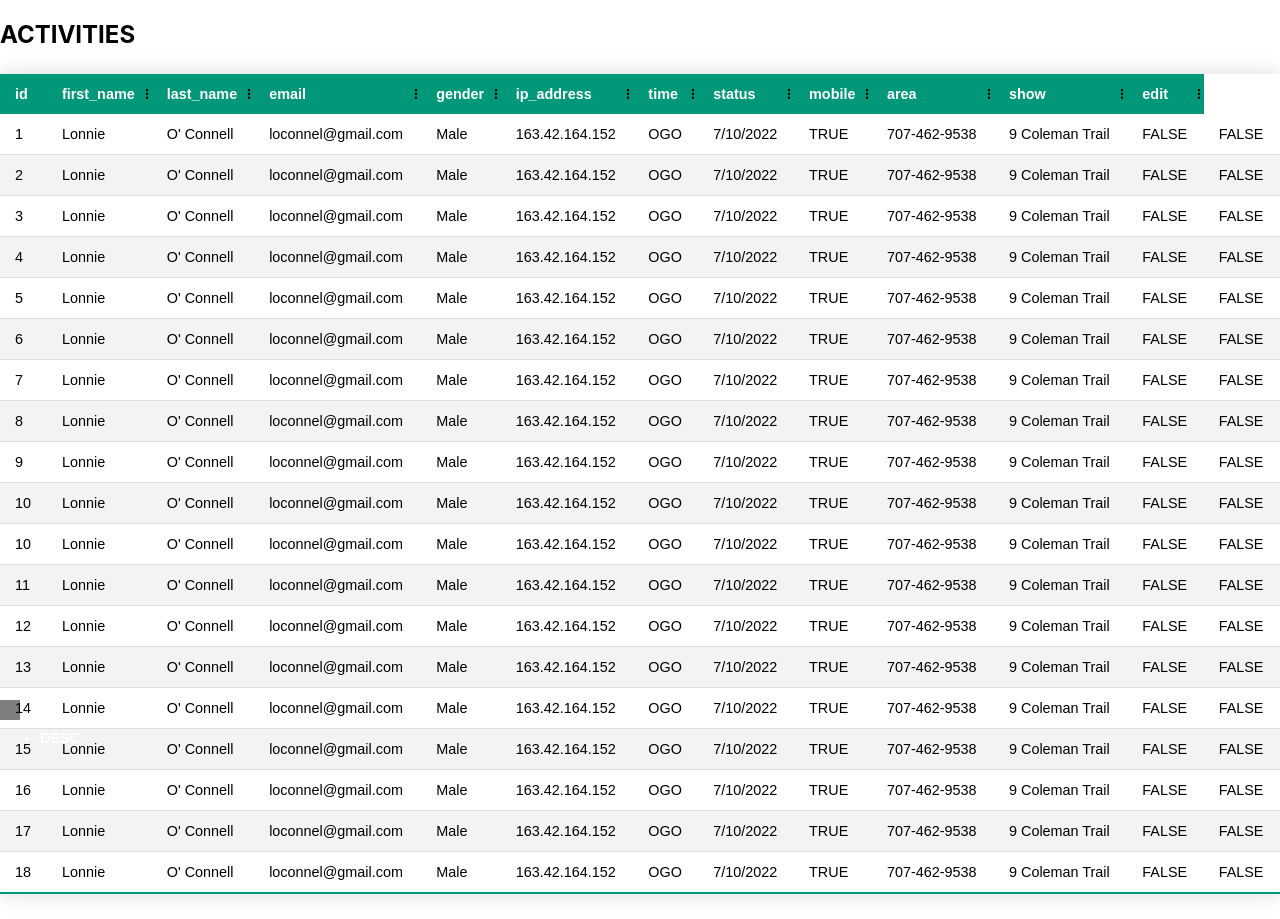
Repository: kartik077-cr7/Ckart
Page: /, after clicking the first element matching `img`
These files come from the project's save history. The page is drawn as it stood at one moment and after a run of saves; the edit follows.
The browser window is 1280 px wide. The pictures show the whole page.
The project was rebuilt for these pictures with package versions that can differ from the ones it lists, and the page was loaded fresh each time.

Above is the page before, as saved 2022-12-10 17:54:12.

### src/App.js
import Table from "./components/Table";
import './App.css';

const driversData = [
  {
    id: 1,
    first_name: "Lonnie",
		last_name: "O' Connell ",
		email: "loconnel@gmail.com",
		gender: "Male",
		ip_address: "163.42.164.152",
		airport_code:"OGO",
		time:"7/10/2022",
		status:"TRUE",
		mobile:"707-462-9538",
		area: "9 Coleman Trail",
		show: "FALSE",
		edit: "FALSE"
  },
  {
    id: 2,
    first_name: "Lonnie",
		last_name: "O' Connell ",
		email: "loconnel@gmail.com",
		gender: "Male",
		ip_address: "163.42.164.152",
		airport_code:"OGO",
		time:"7/10/2022",
		status:"TRUE",
		mobile:"707-462-9538",
		area: "9 Coleman Trail",
		show: "FALSE",
		edit: "FALSE"
  },
  {
    id: 3,
    first_name: "Lonnie",
		last_name: "O' Connell ",
		email: "loconnel@gmail.com",
		gender: "Male",
		ip_address: "163.42.164.152",
		airport_code:"OGO",
		time:"7/10/2022",
		status:"TRUE",
		mobile:"707-462-9538",
		area: "9 Coleman Trail",
		show: "FALSE",
		edit: "FALSE"
  },
  {
    id: 4,
    first_name: "Lonnie",
		last_name: "O' Connell ",
		email: "loconnel@gmail.com",
		gender: "Male",
		ip_address: "163.42.164.152",
		airport_code:"OGO",
		time:"7/10/2022",
		status:"TRUE",
		mobile:"707-462-9538",
		area: "9 Coleman Trail",
		show: "FALSE",
		edit: "FALSE"
  },
  {
    id: 5,
		first_name: "Lonnie",
		last_name: "O' Connell ",
		email: "loconnel@gmail.com",
		gender: "Male",
		ip_address: "163.42.164.152",
		airport_code:"OGO",
		time:"7/10/2022",
		status:"TRUE",
		mobile:"707-462-9538",
		area: "9 Coleman Trail",
		show: "FALSE",
		edit: "FALSE"
  },
  {
    id: 6,
		first_name: "Lonnie",
		last_name: "O' Connell ",
		email: "loconnel@gmail.com",
		gender: "Male",
		ip_address: "163.42.164.152",
		airport_code:"OGO",
		time:"7/10/2022",
		status:"TRUE",
		mobile:"707-462-9538",
		area: "9 Coleman Trail",
		show: "FALSE",
		edit: "FALSE"
  },
  {
    id: 7,
		first_name: "Lonnie",
		last_name: "O' Connell ",
		email: "loconnel@gmail.com",
		gender: "Male",
		ip_address: "163.42.164.152",
		airport_code:"OGO",
		time:"7/10/2022",
		status:"TRUE",
		mobile:"707-462-9538",
		area: "9 Coleman Trail",
		show: "FALSE",
		edit: "FALSE"
  },
  {
    id: 8,
		first_name: "Lonnie",
		last_name: "O' Connell ",
		email: "loconnel@gmail.com",
		gender: "Male",
		ip_address: "163.42.164.152",
		airport_code:"OGO",
		time:"7/10/2022",
		status:"TRUE",
		mobile:"707-462-9538",
		area: "9 Coleman Trail",
		show: "FALSE",
		edit: "FALSE"
  },
  {
    id: 9,
		first_name: "Lonnie",
		last_name: "O' Connell ",
		email: "loconnel@gmail.com",
		gender: "Male",
		ip_address: "163.42.164.152",
		airport_code:"OGO",
		time:"7/10/2022",
		status:"TRUE",
		mobile:"707-462-9538",
		area: "9 Coleman Trail",
		show: "FALSE",
		edit: "FALSE"
  },
  {
    id: 10,
    first_name: "Lonnie",
		last_name: "O' Connell ",
		email: "loconnel@gmail.com",
		gender: "Male",
		ip_address: "163.42.164.152",
		airport_code:"OGO",
		time:"7/10/2022",
		status:"TRUE",
		mobile:"707-462-9538",
		area: "9 Coleman Trail",
		show: "FALSE",
		edit: "FALSE"
  },
  {
    id: 10,
		first_name: "Lonnie",
		last_name: "O' Connell ",
		email: "loconnel@gmail.com",
		gender: "Male",
		ip_address: "163.42.164.152",
		airport_code:"OGO",
		time:"7/10/2022",
		status:"TRUE",
		mobile:"707-462-9538",
		area: "9 Coleman Trail",
		show: "FALSE",
		edit: "FALSE"

  },
  {
    id: 11,
    first_name: "Lonnie",
		last_name: "O' Connell ",
		email: "loconnel@gmail.com",
		gender: "Male",
		ip_address: "163.42.164.152",
		airport_code:"OGO",
		time:"7/10/2022",
		status:"TRUE",
		mobile:"707-462-9538",
		area: "9 Coleman Trail",
		show: "FALSE",
		edit: "FALSE"
  },
  {
    id: 12,
    first_name: "Lonnie",
		last_name: "O' Connell ",
		email: "loconnel@gmail.com",
		gender: "Male",
		ip_address: "163.42.164.152",
		airport_code:"OGO",
		time:"7/10/2022",
		status:"TRUE",
		mobile:"707-462-9538",
		area: "9 Coleman Trail",
		show: "FALSE",
		edit: "FALSE"
  },
  {
    id: 13,
		first_name: "Lonnie",
		last_name: "O' Connell ",
		email: "loconnel@gmail.com",
		gender: "Male",
		ip_address: "163.42.164.152",
		airport_code:"OGO",
		time:"7/10/2022",
		status:"TRUE",
		mobile:"707-462-9538",
		area: "9 Coleman Trail",
		show: "FALSE",
		edit: "FALSE"
  },
  {
    id: 14,
		first_name: "Lonnie",
		last_name: "O' Connell ",
		email: "loconnel@gmail.com",
		gender: "Male",
		ip_address: "163.42.164.152",
		airport_code:"OGO",
		time:"7/10/2022",
		status:"TRUE",
		mobile:"707-462-9538",
		area: "9 Coleman Trail",
		show: "FALSE",
		edit: "FALSE"
  },
  {
    id: 15,
		first_name: "Lonnie",
		last_name: "O' Connell ",
		email: "loconnel@gmail.com",
		gender: "Male",
		ip_address: "163.42.164.152",
		airport_code:"OGO",
		time:"7/10/2022",
		status:"TRUE",
		mobile:"707-462-9538",
		area: "9 Coleman Trail",
		show: "FALSE",
		edit: "FALSE"
  },
  {
    id: 16,
		first_name: "Lonnie",
		last_name: "O' Connell ",
		email: "loconnel@gmail.com",
		gender: "Male",
		ip_address: "163.42.164.152",
		airport_code:"OGO",
		time:"7/10/2022",
		status:"TRUE",
		mobile:"707-462-9538",
		area: "9 Coleman Trail",
		show: "FALSE",
		edit: "FALSE"
  },
  {
    id: 17,
		first_name: "Lonnie",
		last_name: "O' Connell ",
		email: "loconnel@gmail.com",
		gender: "Male",
		ip_address: "163.42.164.152",
		airport_code:"OGO",
		time:"7/10/2022",
		status:"TRUE",
		mobile:"707-462-9538",
		area: "9 Coleman Trail",
		show: "FALSE",
		edit: "FALSE"
  },
  {
    id: 18,
		first_name: "Lonnie",
		last_name: "O' Connell ",
		email: "loconnel@gmail.com",
		gender: "Male",
		ip_address: "163.42.164.152",
		airport_code:"OGO",
		time:"7/10/2022",
		status:"TRUE",
		mobile:"707-462-9538",
		area: "9 Coleman Trail",
		show: "FALSE",
		edit: "FALSE"
  },
];


function App() {
  return (
    <div className="App">
			<Table
			   data = {driversData}
			   headingColumns={["id","first_name","last_name","email","gender","ip_address","time","status","mobile","area","show","edit"]}
				 title = "Activities"
			/>
    </div>
  );
}

export default App;

### src/components/Table.js
import React from "react";
import Column from "./Column";

const Table = ({ data,headingColumns,title,handleFilter,sortedCol }) => {

	const rowDatas = data.map((row,index) => {

		let rowData = [];
		let i = 0;

		for(const key in row){
			rowData.push({
				key: headingColumns[i],
				val: row[key]
			});
			i++;
		}

		const checkStatus = (data) => {
			if(data.key == 'status')
			{
				if(data.val == 'FALSE')
				  return 'red';
				else
				  return 'green';
			}
			else
			  return '';
		}

		return <tr key={index}>
		{rowData.map((data, index) => <td key={index} className={checkStatus(data)}  data-heading={data.key}>{data.val}</td>)}
	  </tr>
	})

	return (
		<div className="table-container">
			<div className="table-title">
				<h2>{title.toUpperCase()}</h2>
			</div>
			<table className="table-class">
				<thead>
					<tr>
						{headingColumns.map((col,index) => (
							<Column sortedCol={sortedCol} handleFilter={handleFilter} key={index} column_name={col} index={index}/>
						))}
					</tr>
				</thead>
				<tbody>
					{rowDatas}
				</tbody>
			</table>
		</div>
	)
}

export default Table;

### src/App.css
.table-container{
	width: 100%;
}
.table-class{
	width: 100%;
	border-collapse: collapse;
	margin: 25px 0;
	font-size: 0.9em;
	font-family: sans-serif;
	min-width: 400px;
	box-shadow: 0 0 20px rgba(0, 0, 0, 0.15);
}

.table-class thead tr {
	background-color: #009879;
	color: #ffffff;
	text-align: left;
}

.table-class th,
.table-class td {
    padding: 12px 15px;
}

.table-class tbody tr {
	border-bottom: 1px solid #dddddd;
}

.table-class tbody tr:nth-of-type(even) {
	background-color: #f3f3f3;
}

.table-class tbody tr:last-of-type {
	border-bottom: 2px solid #009879;
}

.table-class tbody tr.active-row {
	font-weight: bold;
	color: #009879;
}


.modal {
	position: fixed;
	left: 0;
	top: 20;
	right: 0;
	bottom: 0;
	background-color: rgba(0,0,0,0.5);
	height: 20px;
	width: 20px;
}

.modal-body{
	padding: 0px;
}

### src/components/Column.js
import React from 'react';
import { useState } from 'react';
import Dots from "../svg/vertical_dot.svg";
import Modal from './Modal';

const Column = ({column_name,index}) => {

	const [open, setOpen] = useState(false);

	const handleOpen = () => {
		console.log("opening modal ");
		setOpen(true);
	};

	const handleClose = () => {
    setOpen(false);
	};

	return (
		<th key = {index} style={{position:"relative"}}>
			{column_name}
			{open && <Modal/>}
			{ index !== 0 && <img
			  onClick = {handleOpen}
				src = {Dots}
				style={{
					width: "10px",
					height: "10px",
					top: "15px",
					right: "0px",
					position: "absolute",
					cursor: "pointer",
				}}
			 />
			}
		</th>
	)
};

export default Column;

### src/components/Modal.js
import React from "react";

const Modal = () => {

	return(
		<div className="modal">
		    <ul>
					<li>ASC</li>
					<li>DESC</li>
				</ul>
		</div>
	)
};

export default Modal;

Loaded but not shown: public/index.html (common file); src/index.js (common file); src/index.css (common file); src/reportWebVitals.js (common file)

After the next 2 saves:
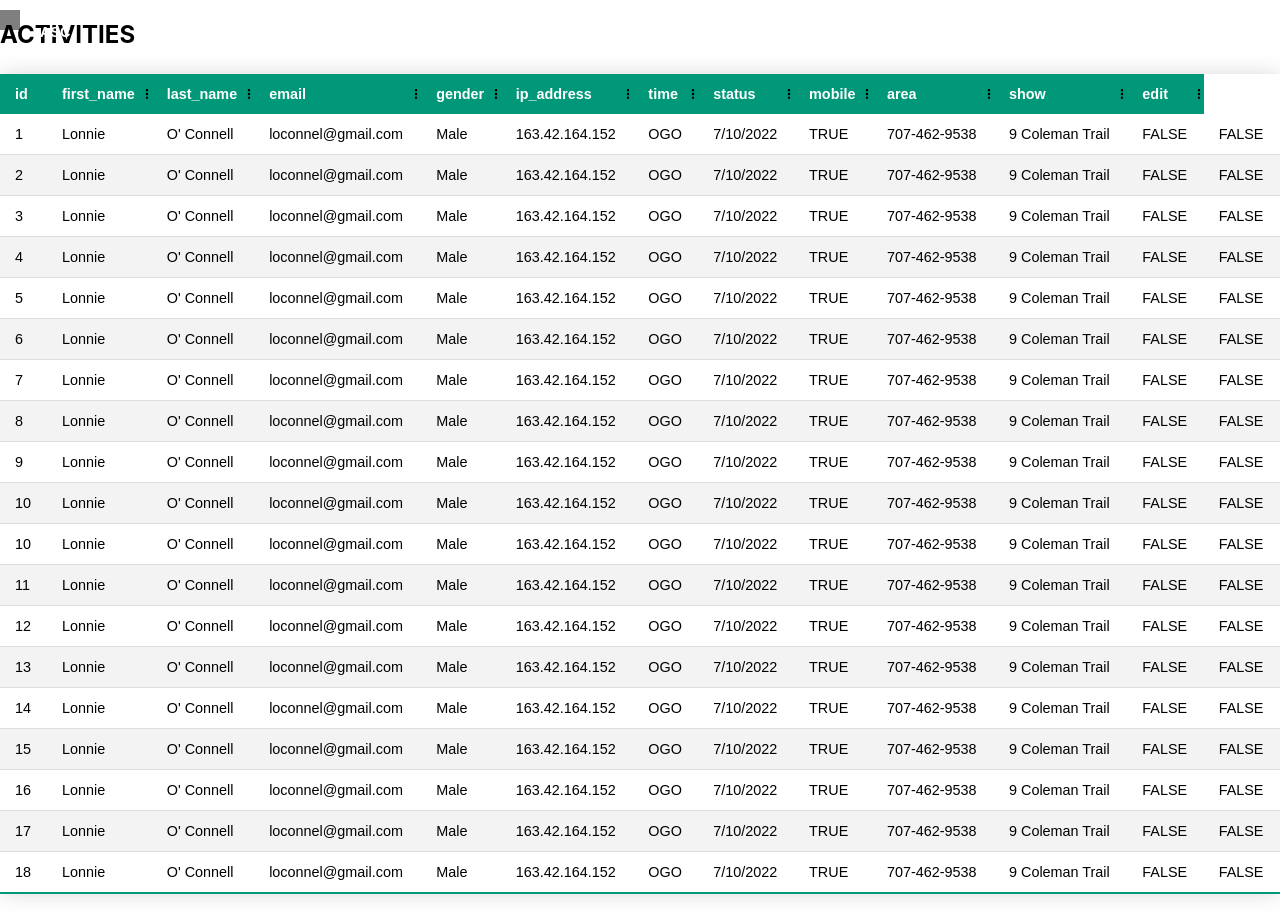
The 2 saves are shown as one change because they came seconds apart.
The last was saved 7 s later.
--- a/src/App.css
+++ b/src/App.css
@@ -43,7 +43,7 @@
 .modal {
 	position: fixed;
 	left: 0;
-	top: 20;
+	top: 10px;
 	right: 0;
 	bottom: 0;
 	background-color: rgba(0,0,0,0.5);
